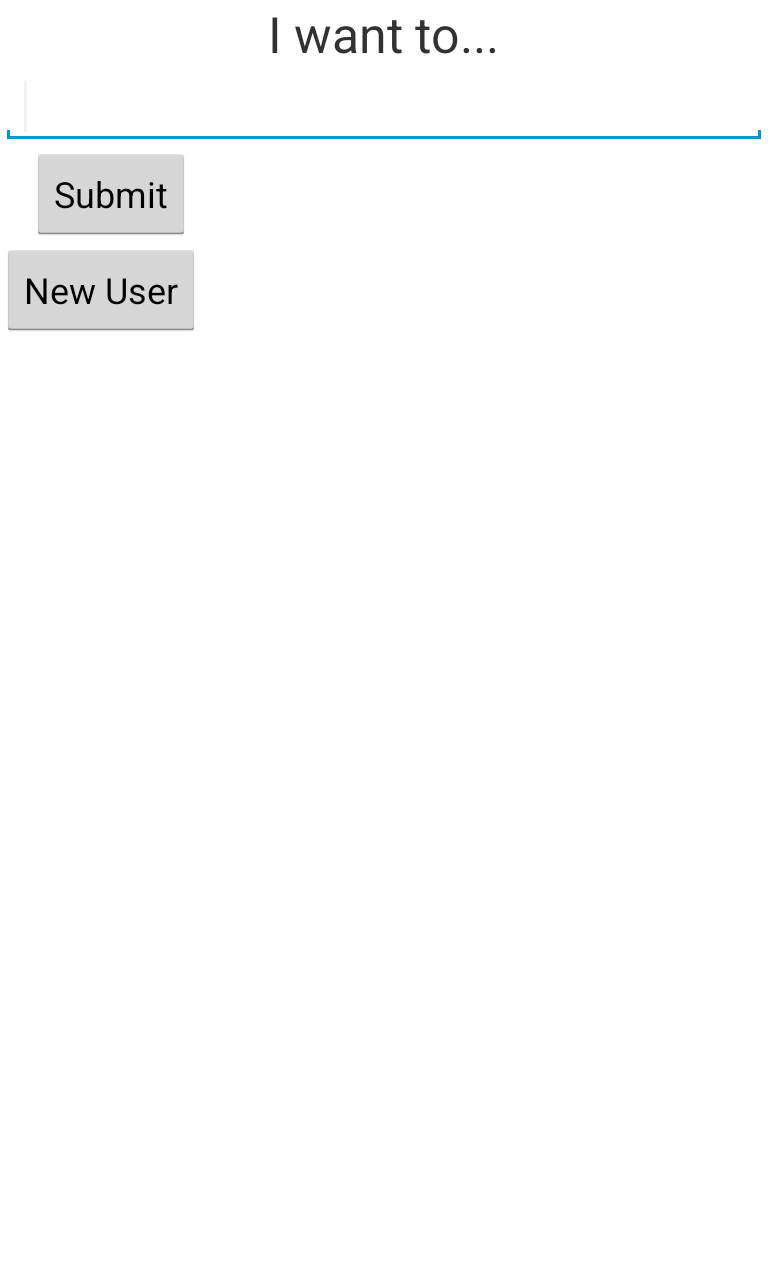
Repository: sbobra/women-startupweekend-sf
Layout: LaundryList/res/layout/activity_goal1.xml
The author's editor kept a copy of each file at every save. The layout is drawn from the files as they stood at one save, then again after the next save.
It is drawn on a 768 x 1280 px phone screen (xhdpi) without system bars, with theme AppTheme; the app's code is not run.

Above is the layout before, as saved 2013-09-15 04:12:55.

After the next save:
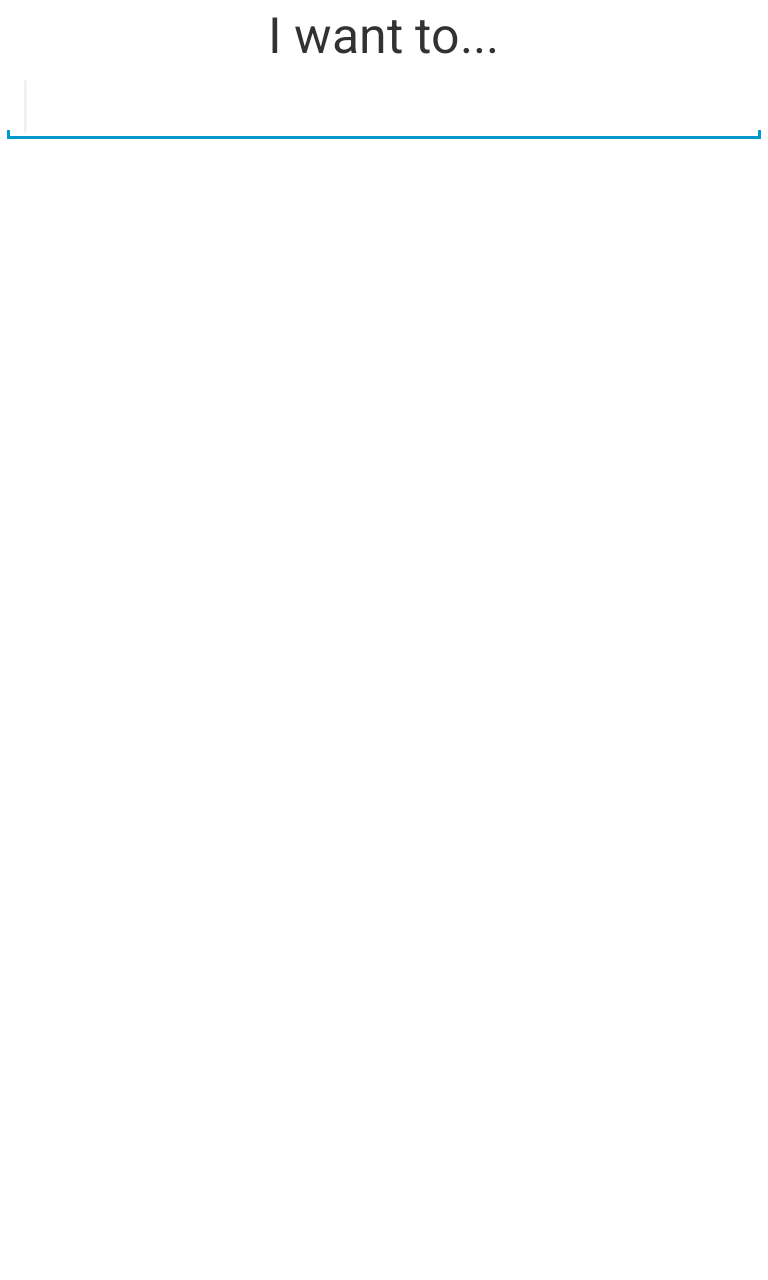
Saved 20 s later.
--- a/LaundryList/res/layout/activity_goal1.xml
+++ b/LaundryList/res/layout/activity_goal1.xml
@@ -24,20 +24,4 @@
         </EditText>
 
 
-    <Button
-        android:id="@+id/loginButton"
-        android:layout_width="wrap_content"
-        android:layout_height="wrap_content"
-        android:layout_marginLeft="15dp"
-        android:text="Submit" />
-
-    <Button
-        android:id="@+id/newAcctButton"
-        android:layout_width="wrap_content"
-        android:layout_height="wrap_content"
-        android:text="New User" />
-
-    <EditText>
-    </EditText>
-
 </LinearLayout>
